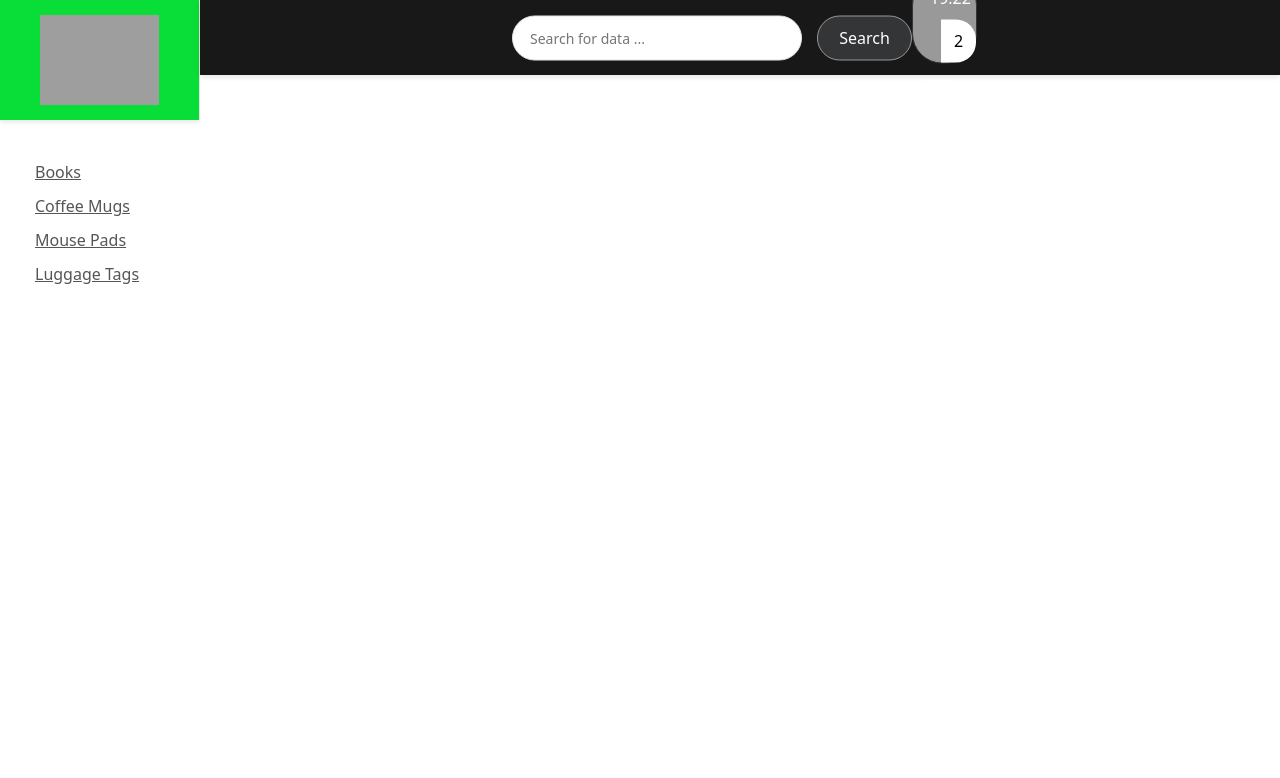
Repository: mustafa-alperen-yilmaz/e-commerce-app
Page: / (app in ecommerceangular/)
The author's editor kept a copy of each file at every save. The page is drawn from the files as they stood at one save, then again after the next save.
The browser window is 1280 px wide. The pictures show the whole page.
Pictures or frames that could not be fetched are drawn as grey boxes. The page's requests for data from a server got no answer. The project was rebuilt for these pictures with package versions that can differ from the ones it lists, and the page was loaded fresh each time. No one was signed in, and anything a server would have sent is missing. Also part of the build but not shown: ecommerceangular/angular.json.

Above is the page before, as saved 2023-03-08 02:51:37.

After the next save:
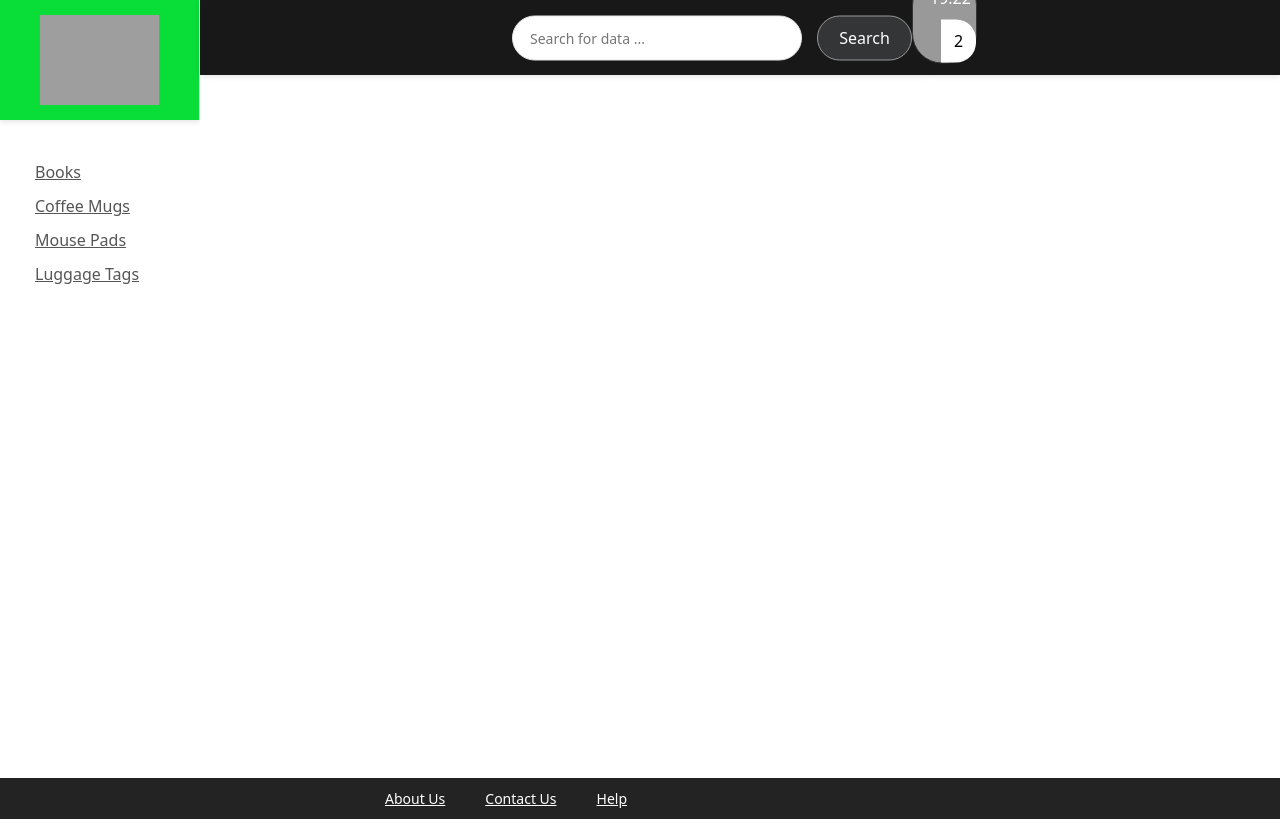
Saved 11 s later.
--- a/ecommerceangular/src/styles.css
+++ b/ecommerceangular/src/styles.css
@@ -760,7 +760,7 @@ footer ul li a{
 footer{
   background:#232324;
   z-index:1;
-  position:fixed;
+  position:relative;
   text-align:center;
   padding:0px 300px 0px 0px;
 }
